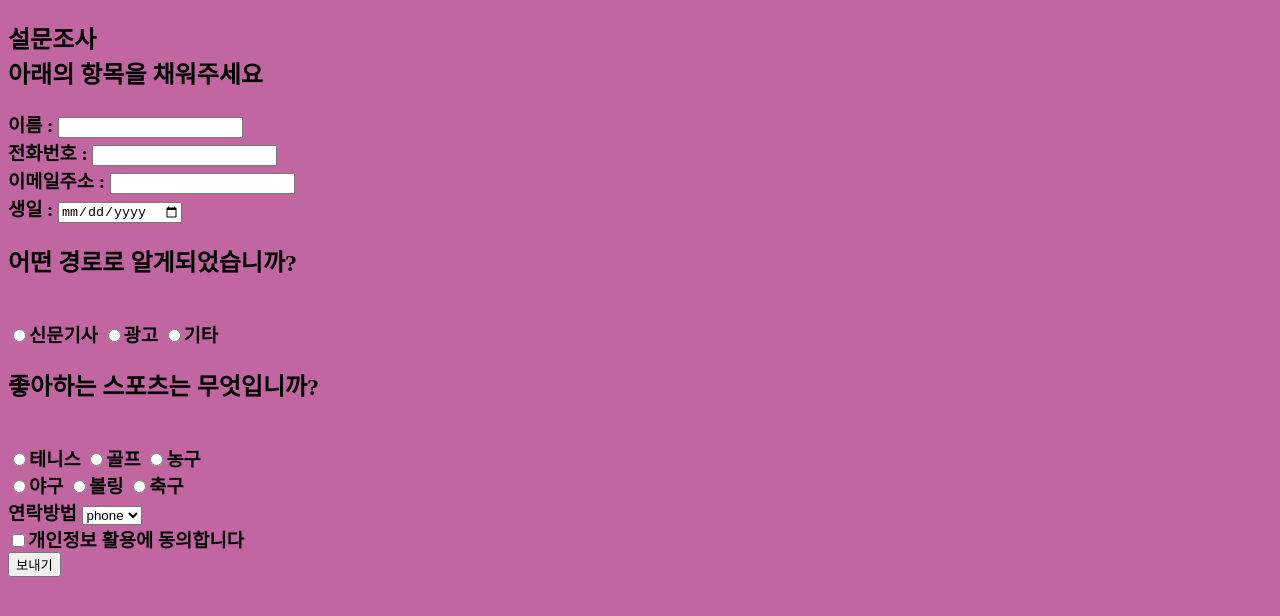
Repository: violetaplum/eclipseJSP
Page: http://localhost/JSP/jsp_DB/dao.jsp
The author's editor kept a copy of each file at every save. The page is drawn from the files as they stood at one save, then again after the next save.
The browser window is 1280 px wide. The pictures show the whole page.
The page is served by Tomcat 9. Other server files are loaded and not shown.

Above is the page before, as saved 2019-06-12 10:08:26.

### JSP/WebContent/jsp_DB/dao.jsp
<%@page import="java.sql.PreparedStatement"%>
<%@page import="java.sql.DriverManager"%>
<%@page import="java.sql.Connection"%>
<%@page import="java.sql.ResultSet" %>
<%@page import="java.util.ArrayList"%>
<%-- <%@page import="telinfoDAO.TelInfoDAO"%>
<%@page import="telinfoVO.TelInfoVO"%> --%>
<%@ page language="java" contentType="text/html; charset=UTF-8"
    pageEncoding="UTF-8"%>
<%request.setCharacterEncoding("utf-8");%>

<%-- <%
response.setCharacterEncoding("utf-8");
TelInfoDAO tidao = new TelInfoDAO();
ArrayList<TelInfoVO> tiArray = tidao.getAllInfo();

%> --%>
<!DOCTYPE html>
<html>
<head>
  <style>
  body
  {
    background: #c166a1;
    align:center;
  }
  </style>

</head>
<body>

<form action="./dao2.jsp" method="get">
<h2>
설문조사<br>

아래의 항목을 채워주세요<br>
</h2>
<h3>
이름 : <input type="text" name="name" /><br>
전화번호 : <input type="text" name="tel" /><br>
이메일주소 : <input type="text" name="email" /><br>
생일 : <input type="date" name="birth" /><br>
</h3>

<h2>어떤 경로로 알게되었습니까?</h2><h3><br>
<input type="radio" name="radio1" value="신문기사"/>신문기사 <input type="radio" name="radio1" value="광고"/>광고  <input type="radio" name="radio1" value="기타" />기타
</h3>
<h2>좋아하는 스포츠는 무엇입니까?</h2><h3><br>
<input type="radio" name="radio2" value="테니스" />테니스  <input type="radio" name="radio2" value="골프" />골프  <input type="radio" name="radio2" value="농구" />농구<br>
<input type="radio" name="radio2" value="야구" />야구  <input type="radio" name="radio2" value="볼링" />볼링  <input type="radio" name="radio2" value="축구" />축구<br>

연락방법  <select name="select" id="select" value="select">
          <option value="phone">
            phone
          </option>
          <option value="email">
            email
          </option>
          <option value="sms">
            sms
          </option>
</select><br>

<input type="checkbox" name="check" />개인정보 활용에 동의합니다<br>
<input type="submit" value="보내기" /><br>


</form>

</h3>


</body>
</html>

After the next save:
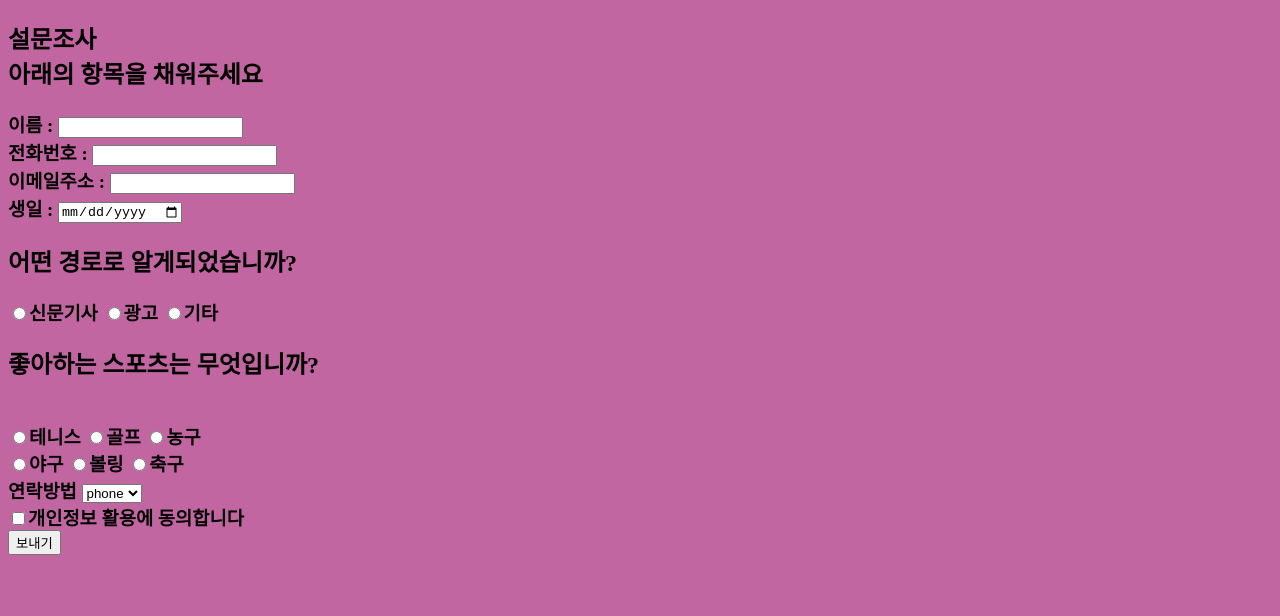
Saved 30 s later.
--- a/JSP/WebContent/jsp_DB/dao.jsp
+++ b/JSP/WebContent/jsp_DB/dao.jsp
@@ -42,7 +42,7 @@ ArrayList<TelInfoVO> tiArray = tidao.getAllInfo();
 생일 : <input type="date" name="birth" /><br>
 </h3>
 
-<h2>어떤 경로로 알게되었습니까?</h2><h3><br>
+<h2>어떤 경로로 알게되었습니까?</h2><h3>
 <input type="radio" name="radio1" value="신문기사"/>신문기사 <input type="radio" name="radio1" value="광고"/>광고  <input type="radio" name="radio1" value="기타" />기타
 </h3>
 <h2>좋아하는 스포츠는 무엇입니까?</h2><h3><br>
